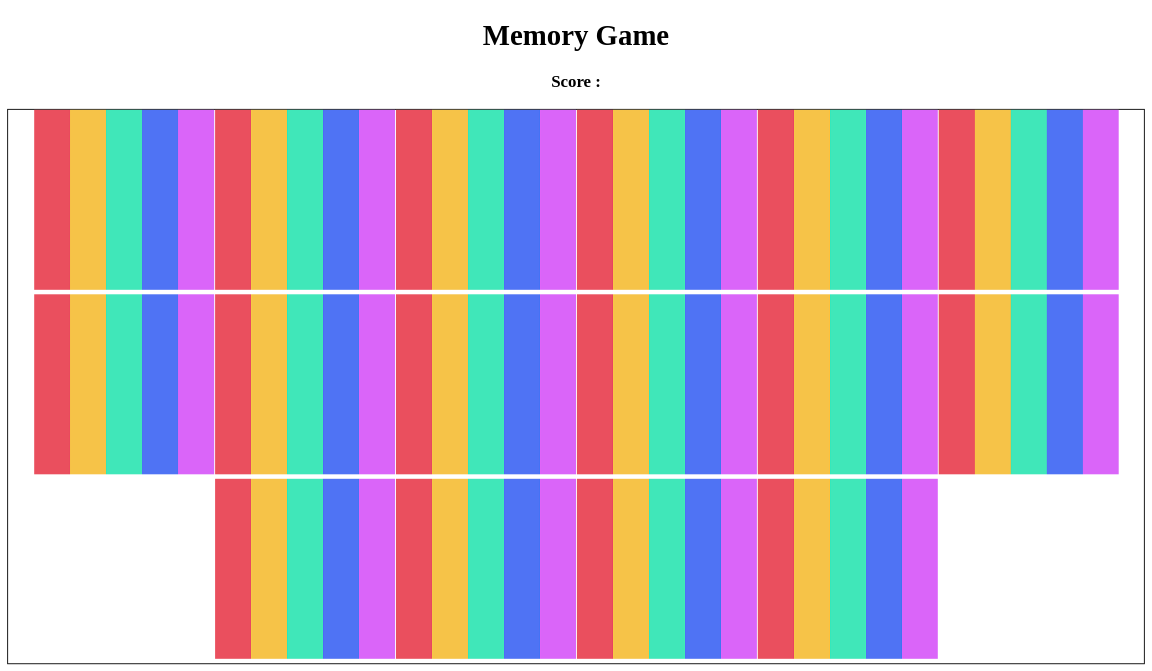
Repository: divyaravada/javascript-games
Page: memory-game/memorygame.html
The author's editor kept a copy of each file at every save. The page is drawn from the files as they stood at one save, then again after the next save.
The browser window is 1280 px wide. The pictures show the whole page, at 90% of full size.

Above is the page before, as saved 2022-03-15 16:47:08.

After the next save:
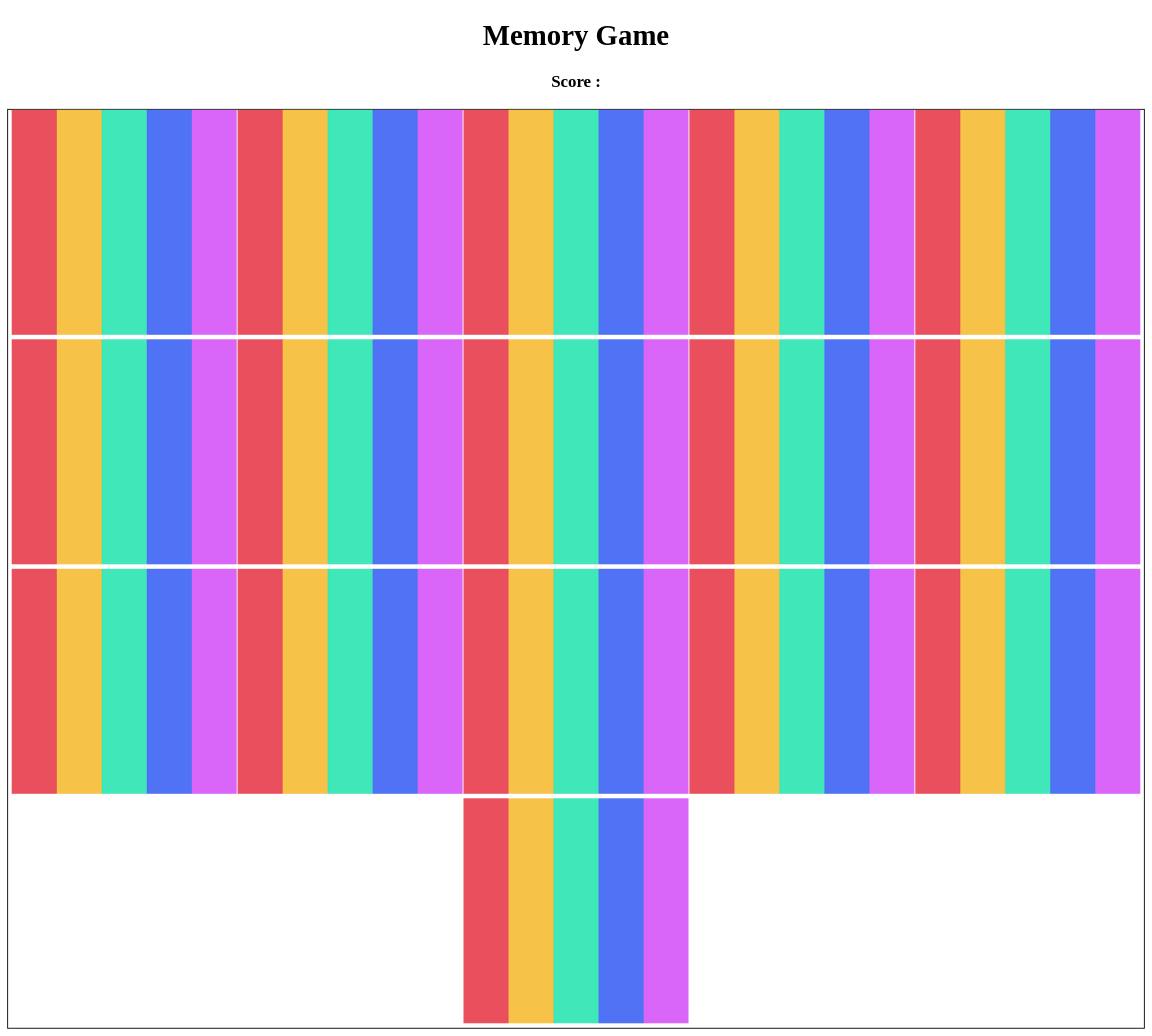
Saved 27 s later.
--- a/memory-game/memorystyle.css
+++ b/memory-game/memorystyle.css
@@ -10,7 +10,7 @@
   border: 1px solid black;
 }
 #grid img {
-  width: 200px;
-  height: 200px;
+  width: 250px;
+  height: 250px;
   padding: 0.5px;
 }
